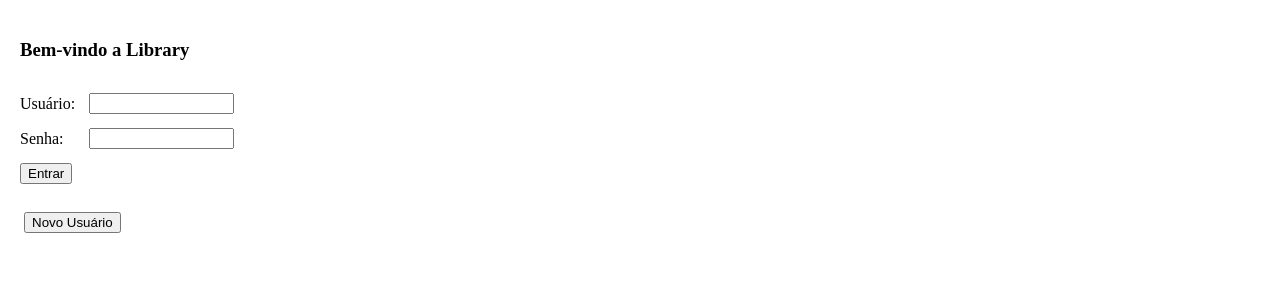
Repository: lmsmorais/ProjectEpiousion
Page: http://localhost/LibraryProject/
An editor plug-in stored every save of this project. The page is shown before and after the next save, followed by the edit.
The browser window is 1280 px wide. The pictures show the whole page.
The page is served by Tomcat 9.

Above is the page before, as saved 2020-11-11 20:44:14.

After the next save:
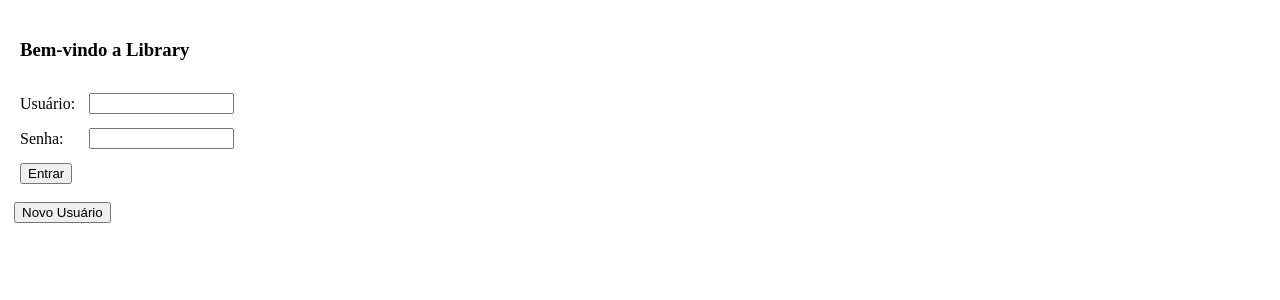
Saved 15 s later.
--- a/LibraryProject/WebContent/index.jsp
+++ b/LibraryProject/WebContent/index.jsp
@@ -30,7 +30,7 @@
 			</table>
 		</form>
 		<form method="post" action='${pageContext.request.contextPath}/Login'>
-		<table cellspacing="15" width="20%">
+		<table cellspacing="5" cellpadding="1" width="10%">
 			<tr>
 				<td><button type="submit">Novo Usuário</button></td>
 			</tr>
